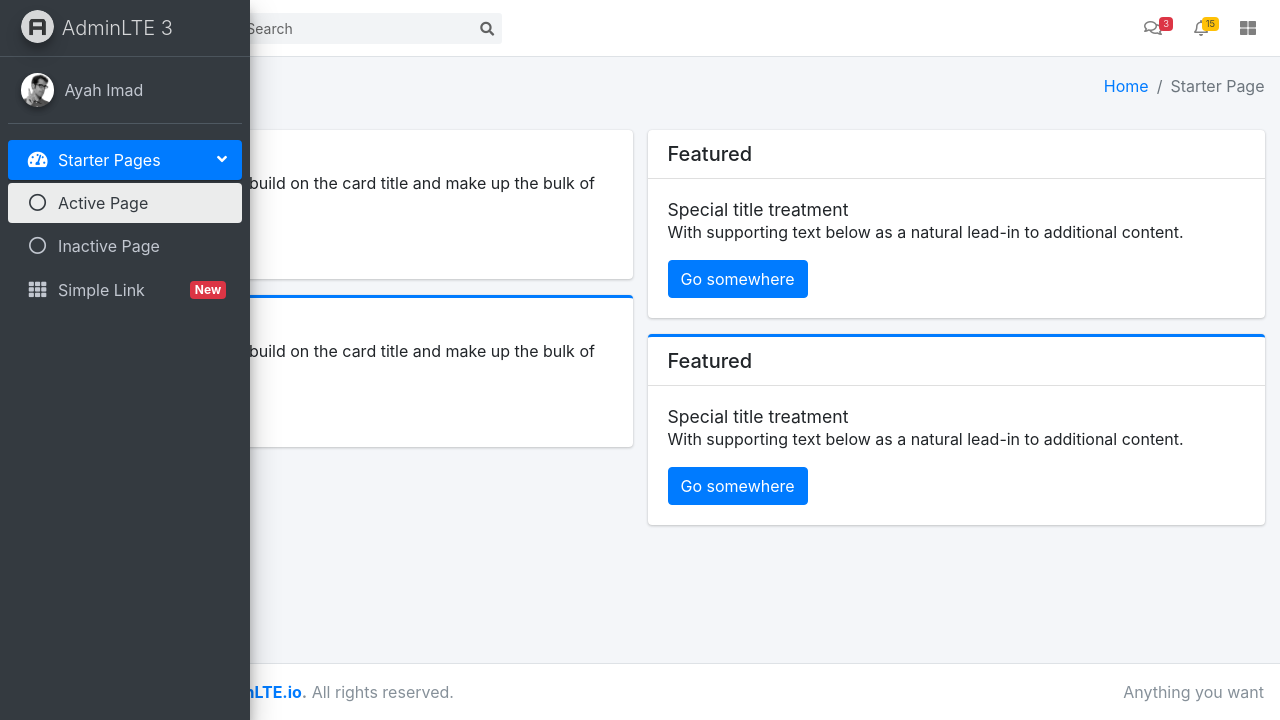
Repository: Abdaljawad-Aya/Django-Exercises
Page: polls/templates/polls/starter.html
The author's editor kept a copy of each file at every save. The page is drawn from the files as they stood at one save, then again after the next save.
The browser window is 1280 px wide. The pictures show the whole page.
Some web fonts or font styles are not loaded; a fallback is used. The page is served by the project's application, run on Django 3.2 (manage.py). The template is opened directly, without the code that normally fills it, so the values that code supplies are empty.

Above is the page before, as saved 2021-03-09 19:49:12.

After the next save:
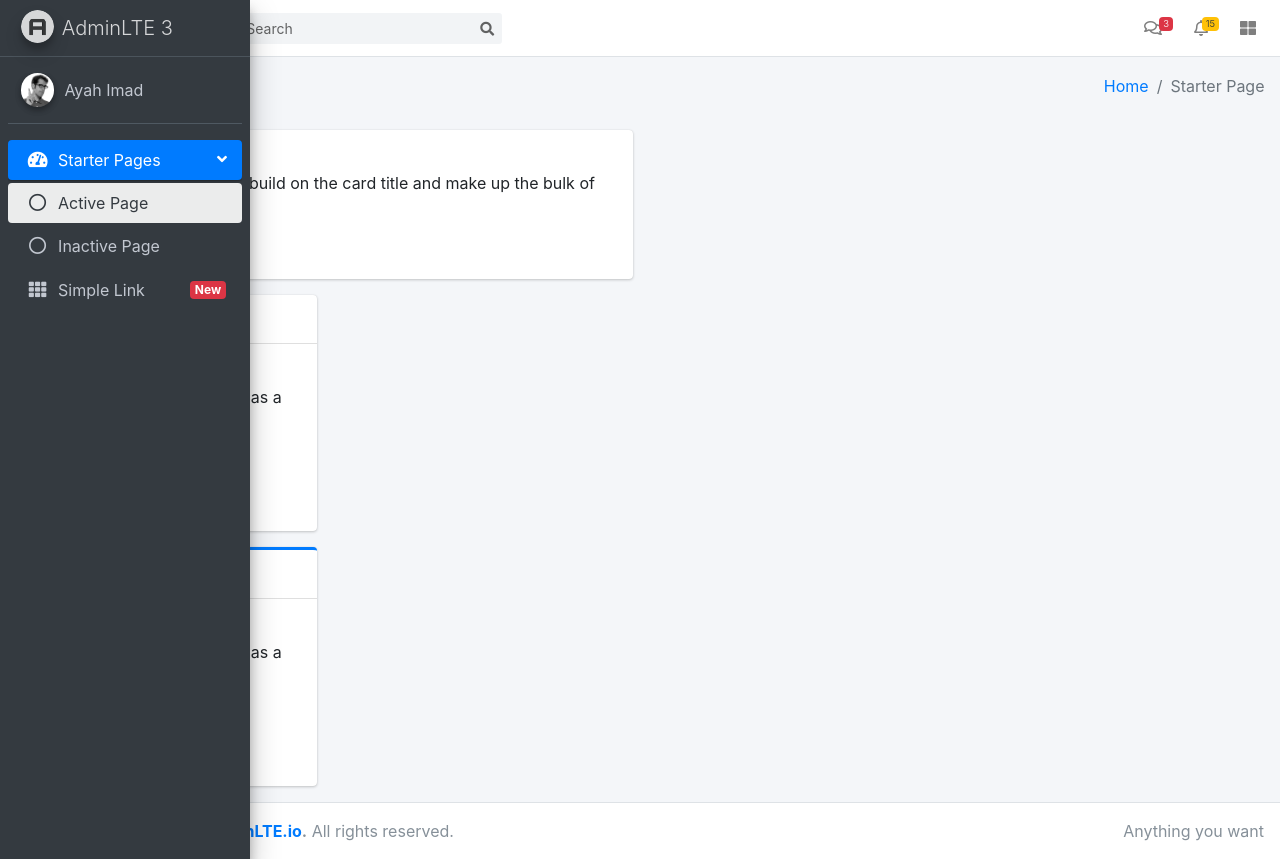
Saved 49 s later.
--- a/crudDj/DJ/polls/templates/polls/starter.html
+++ b/crudDj/DJ/polls/templates/polls/starter.html
@@ -249,7 +249,7 @@
               </div>
             </div>
 
-            <div class="card card-primary card-outline">
+            {% comment %} <div class="card card-primary card-outline">
               <div class="card-body">
                 <h5 class="card-title">Card title</h5>
 
@@ -261,7 +261,7 @@
                 <a href="#" class="card-link">Another link</a>
               </div>
             </div><!-- /.card -->
-          </div>
+          </div> {% endcomment %}
           <!-- /.col-md-6 -->
           <div class="col-lg-6">
             <div class="card">

After the save that followed:
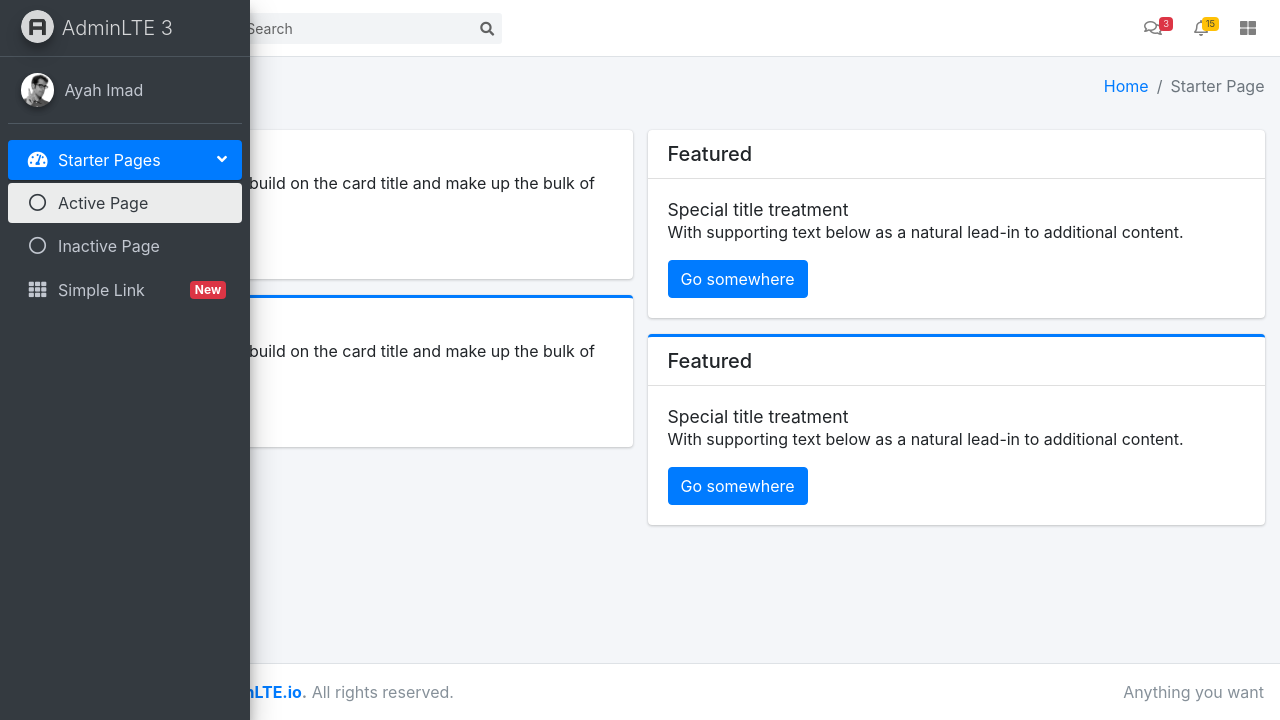
Saved 5 s later.
--- a/crudDj/DJ/polls/templates/polls/starter.html
+++ b/crudDj/DJ/polls/templates/polls/starter.html
@@ -249,7 +249,7 @@
               </div>
             </div>
 
-            {% comment %} <div class="card card-primary card-outline">
+            <div class="card card-primary card-outline">
               <div class="card-body">
                 <h5 class="card-title">Card title</h5>
 
@@ -261,7 +261,7 @@
                 <a href="#" class="card-link">Another link</a>
               </div>
             </div><!-- /.card -->
-          </div> {% endcomment %}
+          </div>
           <!-- /.col-md-6 -->
           <div class="col-lg-6">
             <div class="card">
